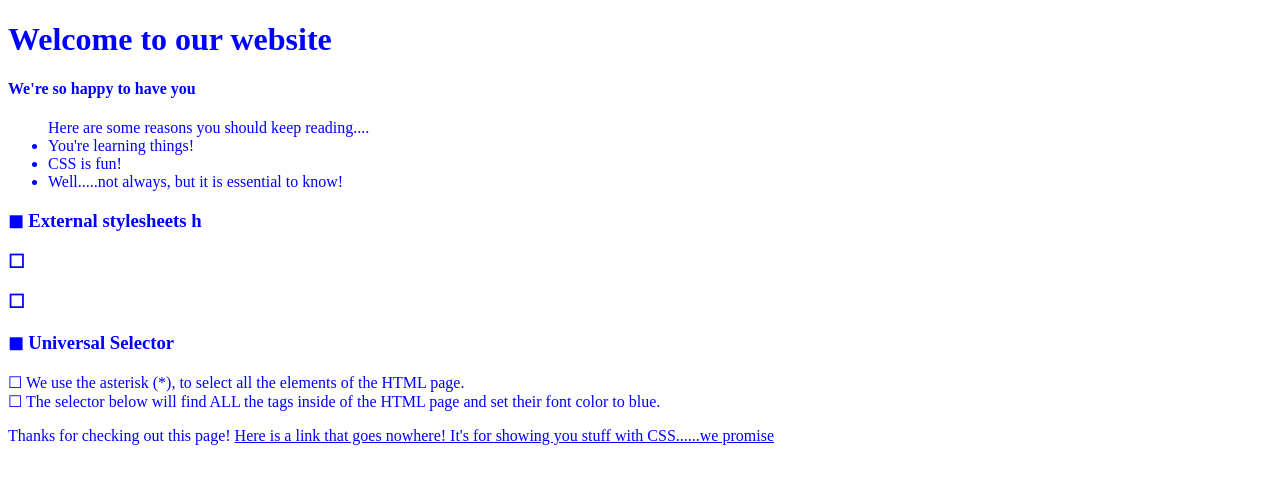
Repository: AnnaSpirit/Tests__
Page: CSS/Useful_Selectors.html
The author's editor kept a copy of each file at every save. The page is drawn from the files as they stood at one save, then again after a run of saves.
The browser window is 1280 px wide. The pictures show the whole page.

Above is the page before, as saved 2024-04-01 12:16:27.

### CSS/Useful_Selectors.html
<!DOCTYPE html>
<html lang="en">
<head>
    <meta charset="UTF-8">
    <meta name="viewport" content="width=device-width, initial-scale=1.0">
    <title>Useful Selectors</title>
    <link rel="stylesheet" href="style_Selectors.css">
</head>
<body>
    <header>
        <h1>Welcome to our website</h1>
        <h4>We're so happy to have you</h4>
    </header>
    <section>
        <ul> Here are some reasons you should keep reading....
            <li>You're learning things!</li>
            <li>CSS is fun!</li>
            <li>Well.....not always, but it is essential to know!</li>
        </ul>
    </section>
    <section>
        <h3> &#9724; External stylesheets h
            <p> &#9744; </p>
            <p> &#9744; </p>
        </h3>
        <h3> &#9724; Universal Selector</h3>
        <p>&#9744; We use the asterisk (*), to select all the elements of the HTML page. <br>
        &#9744; The selector below will find ALL the tags inside of the HTML page and set their font color to blue.</p>
    </section>
    <footer>
        <p>
            Thanks for checking out this page!
            <a href="#">Here is a link that goes nowhere! It's for showing you stuff with CSS......we promise</a>
        </p>
    </footer>
</body>
</html>

### CSS/style_Selectors.css
/* Universal Selector */
* {
    color: blue;
}

After the next 2 saves:
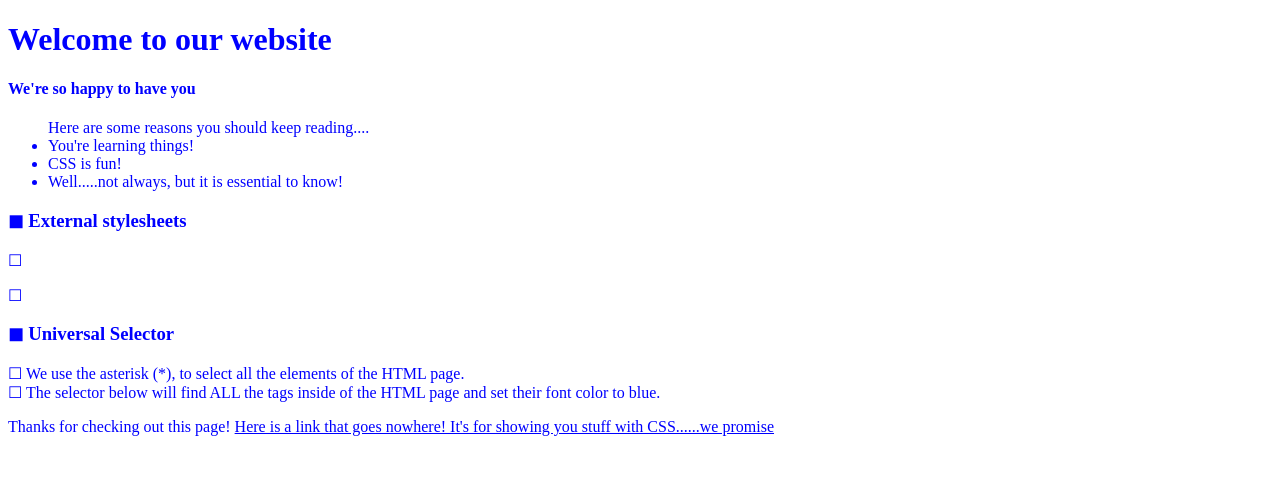
The 2 saves are shown as one change because they came seconds apart.
The last was saved 7 s later.
--- a/CSS/Useful_Selectors.html
+++ b/CSS/Useful_Selectors.html
@@ -19,7 +19,7 @@
         </ul>
     </section>
     <section>
-        <h3> &#9724; External stylesheets h
+        <h3> &#9724; External stylesheets</h3>
             <p> &#9744; </p>
             <p> &#9744; </p>
         </h3>
